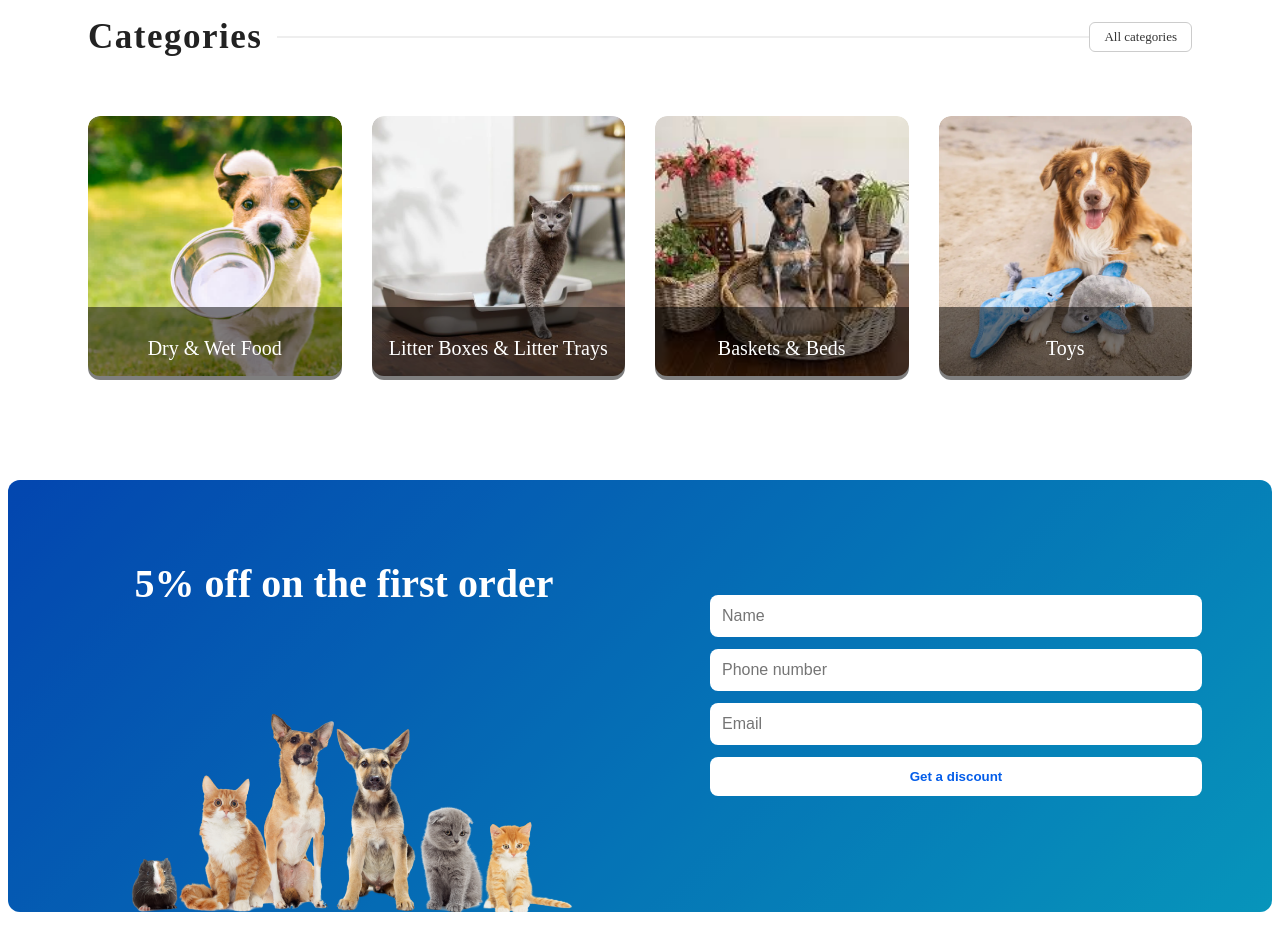
Repository: JuliiaJuliia/pet-shop-frontend
Page: / (app in pet-shop-frontend/)
An editor plug-in stored every save of this project. The page is shown before and after a run of saves, followed by the edit.
The browser window is 1280 px wide. The pictures show the part of the page from y = 667 to 1619 px (the page is 1619 px tall).
The project was rebuilt for these pictures with package versions that can differ from the ones it lists, and the page was loaded fresh each time. Also part of the build but not shown: pet-shop-frontend/vite.config.js, pet-shop-frontend/src/pages/CheckoutPage.jsx, pet-shop-frontend/src/api/axios.js, pet-shop-frontend/src/components/ProductList.jsx.

Above is the page before, as saved 2025-11-06 19:25:07.

After the next 5 saves:
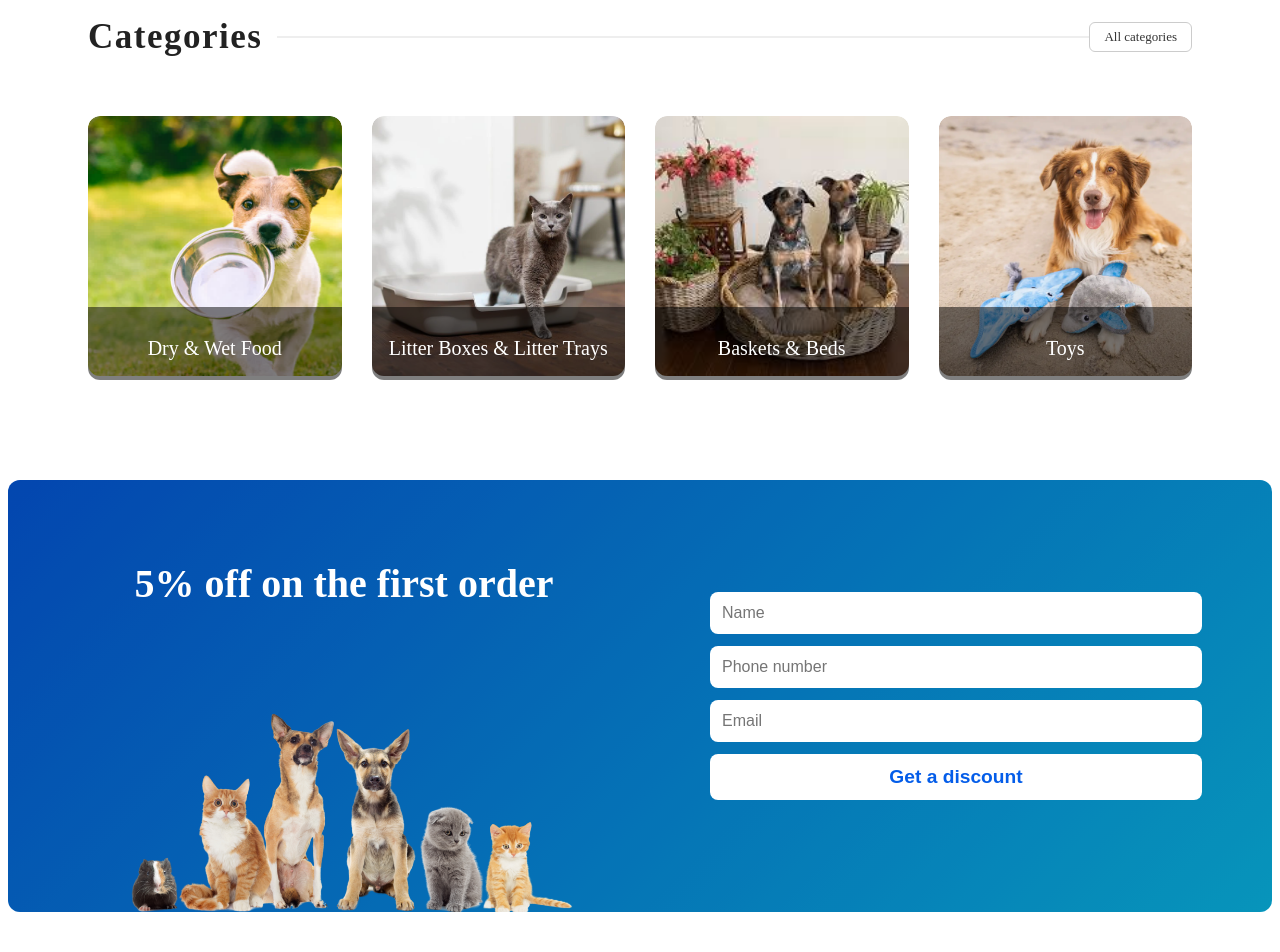
The 5 saves are shown as one change because they came seconds apart.
The last was saved 58 s later.
--- a/pet-shop-frontend/src/components/DiscountBanner.css
+++ b/pet-shop-frontend/src/components/DiscountBanner.css
@@ -67,6 +67,7 @@
     color: #045de9;
     font-weight: 600;
     transition: 0.3s;
+    font-size: 1.2rem;
     cursor: url("data:[embedded picture, 129 characters]"), auto;
   }
 
